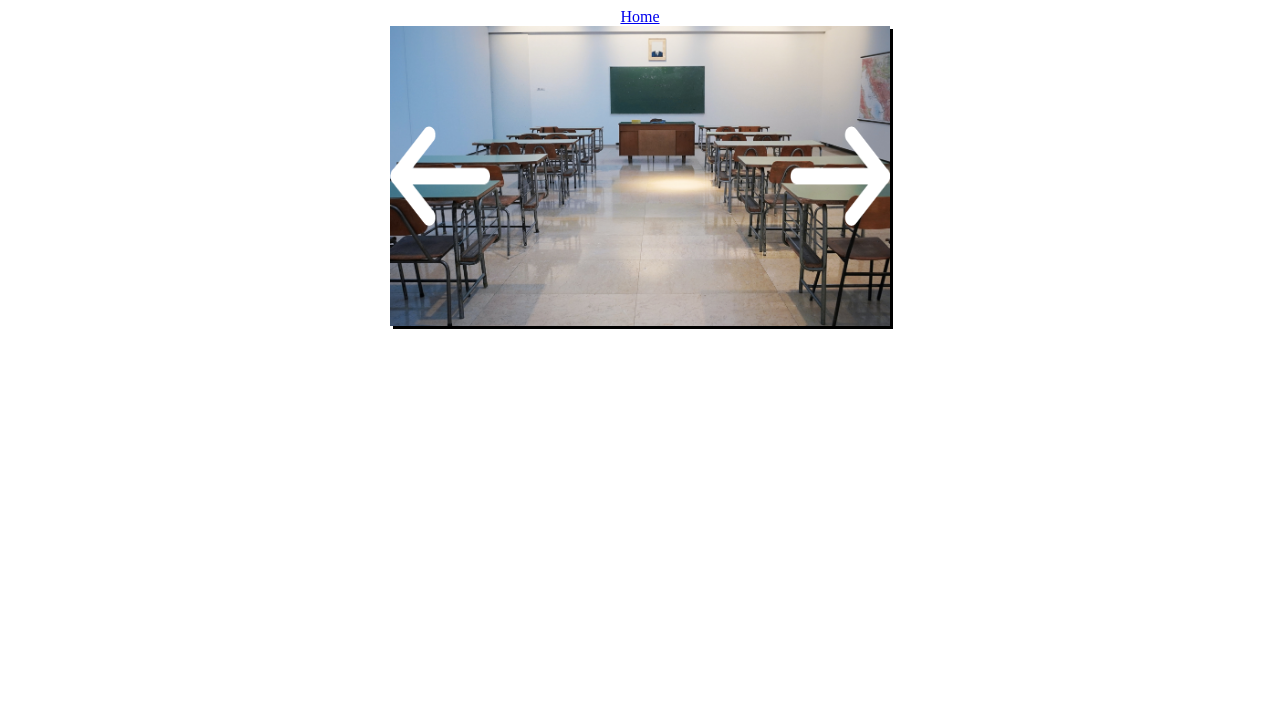
Repository: sierralaurent/Class08-UseEffect
Page: /carouselPage
These files come from the project's save history. The page is drawn as it stood at one moment and after the next save; the edit follows.
The browser window is 1280 px wide. The pictures show the whole page.
The project was rebuilt for these pictures with package versions that can differ from the ones it lists, and the page was loaded fresh each time. The framework's server and built-in components were replaced by stand-ins that run in the browser. Also part of the build but not shown: next.config.js.

Above is the page before, as saved 2023-02-20 17:11:05.

After the next save:
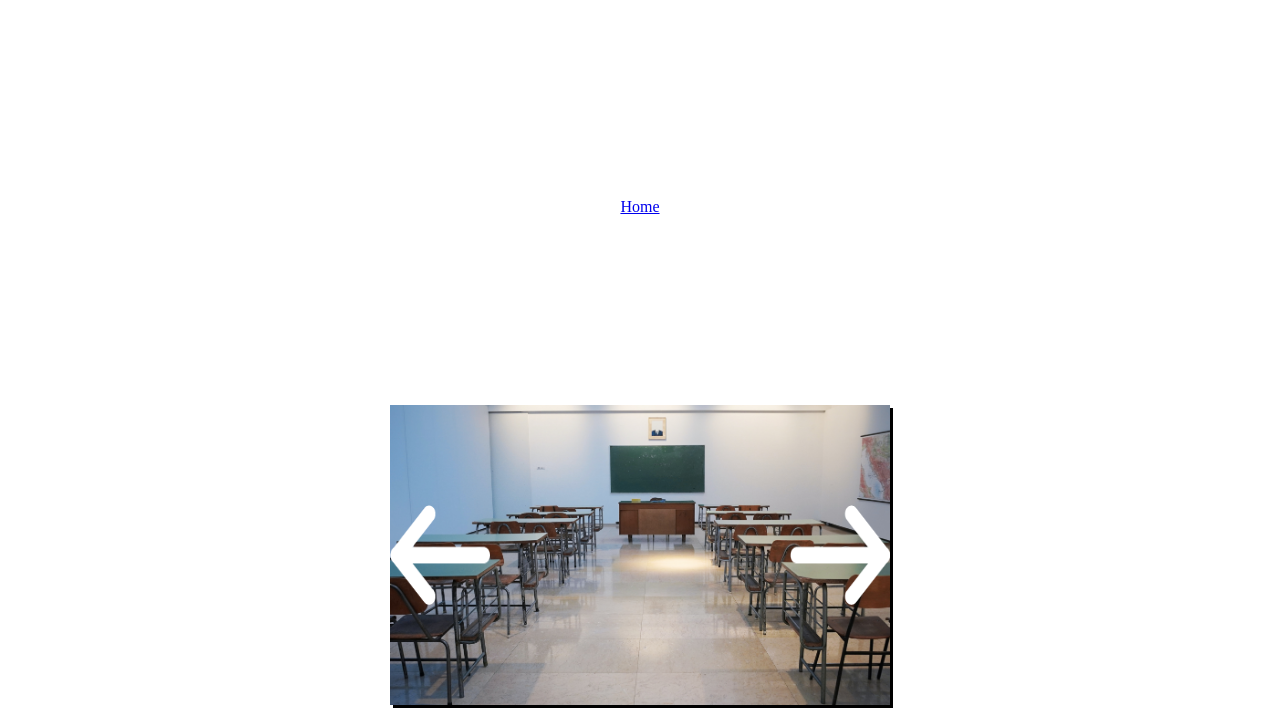
Saved 19 s later.
--- a/styles/CarouselPage.module.css
+++ b/styles/CarouselPage.module.css
@@ -4,4 +4,5 @@
     display: flex;
     justify-content: center;
     align-items: center;
+    padding: 15%
 }
